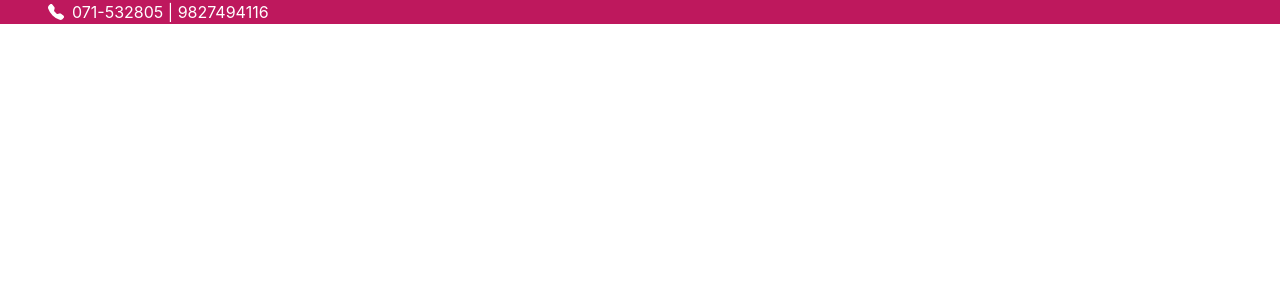
Repository: Sushant203/react-training-
Page: /
These files come from the project's save history. The page is drawn as it stood at one moment and after the next save; the edit follows.
The browser window is 1280 px wide. The pictures show the whole page.
The project was rebuilt for these pictures with package versions that can differ from the ones it lists, and the page was loaded fresh each time. Also part of the build but not shown: src/App.css.

Above is the page before, as saved 2022-12-15 00:43:41.

### src/App.js

import './App.css';
import UpperNav from './components/UpperNav';

function App() {
  return (
    <div>
      <UpperNav />
    </div>
  );
}

export default App;

### src/components/UpperNav.jsx
import React from "react";
import { BsFillTelephoneFill } from "react-icons/bs";

const UpperNav = () => {
  return (
    <div>
      <div className="bg-pink-700 align-center px-2 text-white">
        <div className="flex gap-2 items-center mx-10">
          <BsFillTelephoneFill className="text-white" />
          <p>071-532805 | 9827494116</p>
        </div>
      </div>

      <div></div>
    </div>
  );
};

export default UpperNav;

Loaded but not shown: public/index.html (common file); src/index.js (common file); src/index.css (common file); src/reportWebVitals.js (common file); tailwind.config.js (common file)

After the next save:
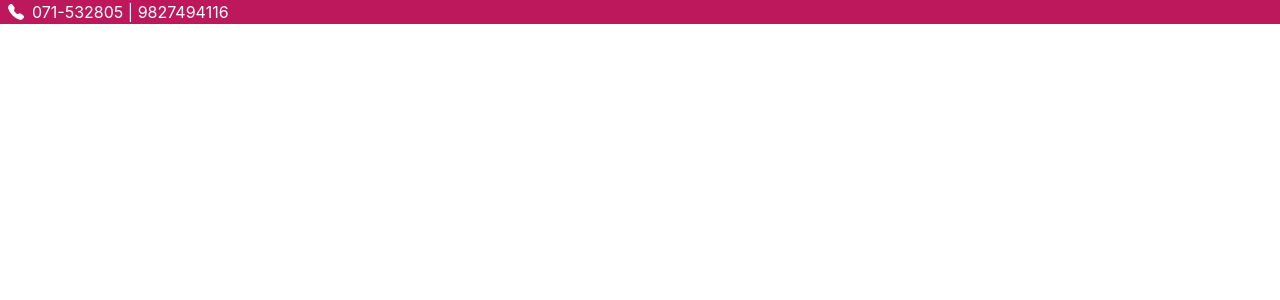
Saved 12 s later.
--- a/src/components/UpperNav.jsx
+++ b/src/components/UpperNav.jsx
@@ -5,7 +5,7 @@
   return (
     <div>
       <div className="bg-pink-700 align-center px-2 text-white">
-        <div className="flex gap-2 items-center mx-10">
+        <div className="flex gap-2 items-center">
           <BsFillTelephoneFill className="text-white" />
           <p>071-532805 | 9827494116</p>
         </div>

After the save that followed:
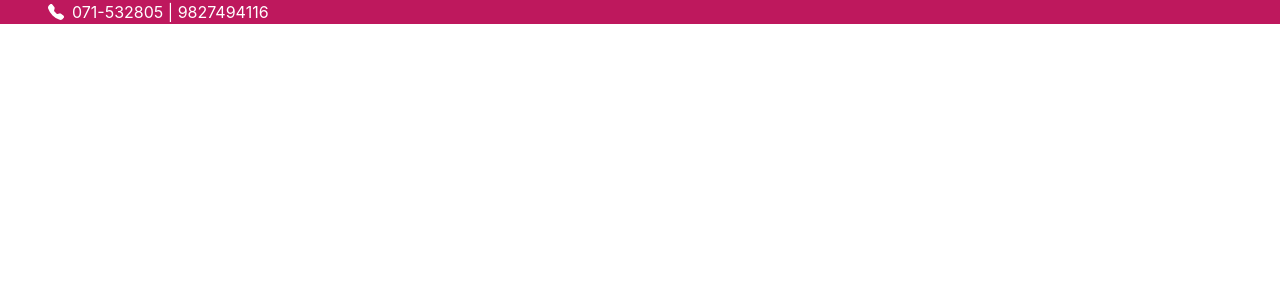
Saved 7 s later.
--- a/src/components/UpperNav.jsx
+++ b/src/components/UpperNav.jsx
@@ -5,7 +5,7 @@
   return (
     <div>
       <div className="bg-pink-700 align-center px-2 text-white">
-        <div className="flex gap-2 items-center">
+        <div className="flex gap-2 items-center mx-10">
           <BsFillTelephoneFill className="text-white" />
           <p>071-532805 | 9827494116</p>
         </div>
